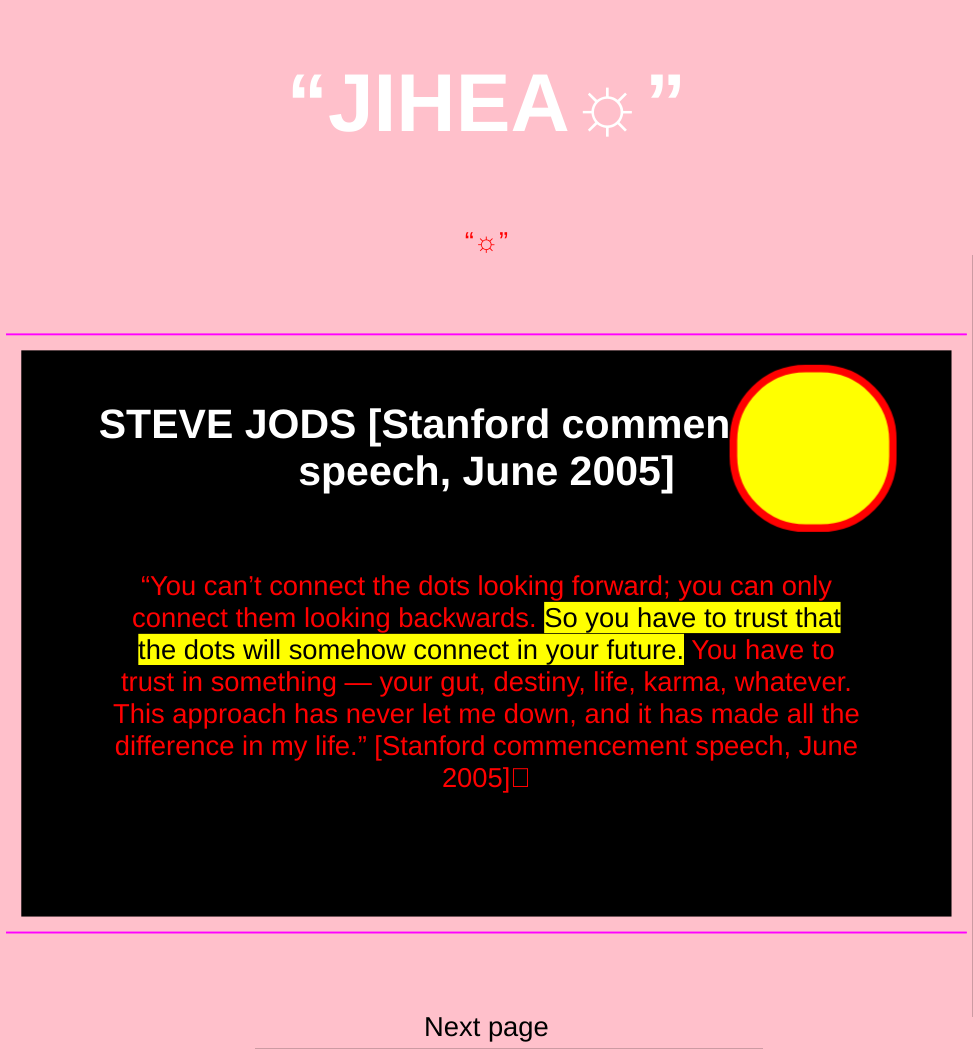
Repository: jangj879/jangj879.github.io
Page: 1_page.html
The author's editor kept a record of every edit. The page is drawn from the files as they stood at one moment, then again after the next edit.
The browser window is 1280 px wide. The pictures show the whole page, at 76% of full size.

Above is the page before.

After the next edit:
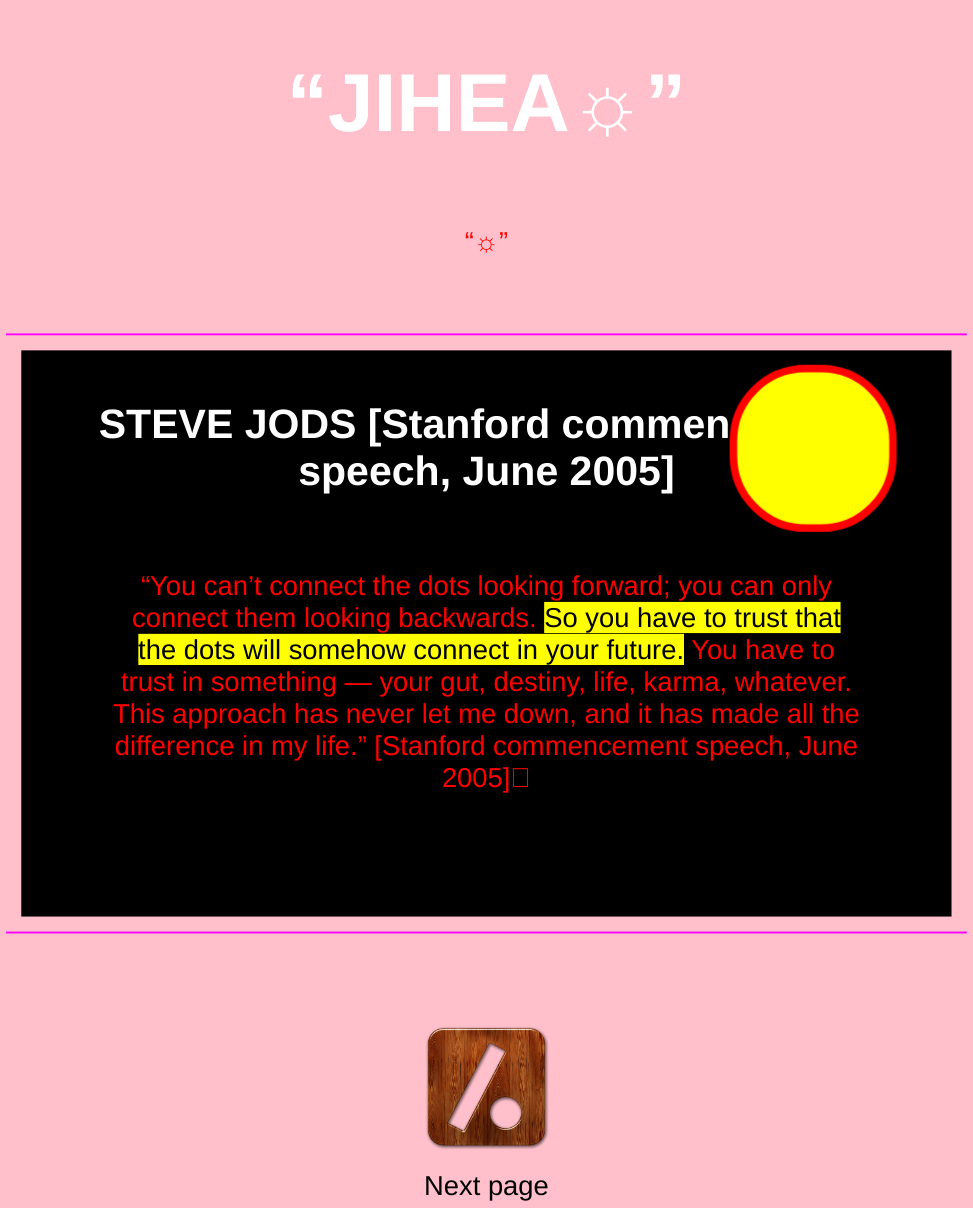
The edit:
--- a/1_page.html
+++ b/1_page.html
@@ -43,7 +43,10 @@
 <hr color="#FF00FF"></hr>
 
         <br></br>
+        <div class="img"><center>
+        <a target="_blank" href="2_page"><img src="icon2.png" alt="Klematis" width="200" height="200"></a></center>
 
+    </div>
     <a href="2_page">Next page</div></a>
     </body>
 </html>
